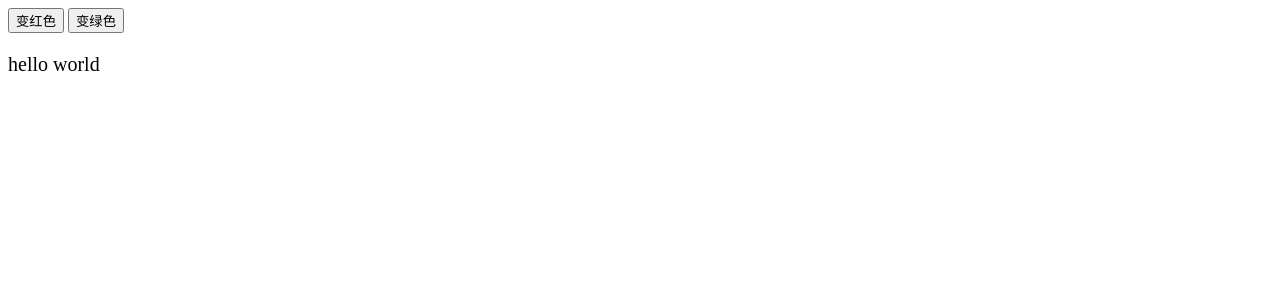
Repository: zhongmoumou/Codes
Page: 测试.html
These files come from the project's save history. The page is drawn as it stood at one moment and after a run of saves; the edit follows.
The browser window is 1280 px wide. The pictures show the whole page.

Above is the page before, as saved 2021-12-08 20:39:38.

After the next 2 saves:
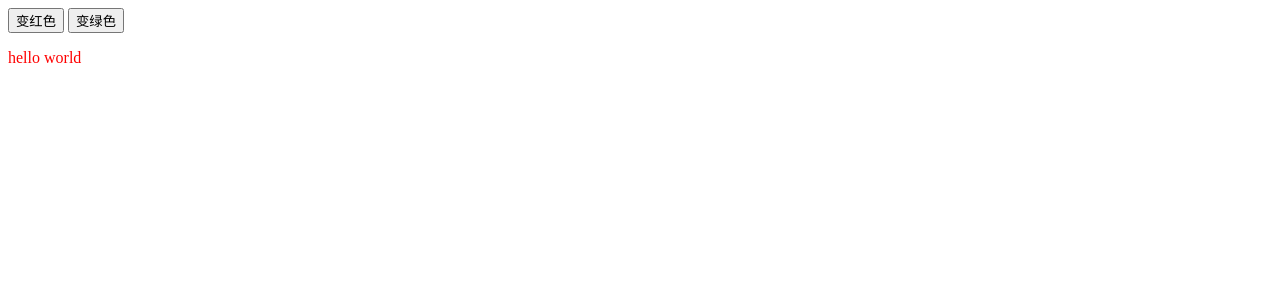
The 2 saves are shown as one change because they came seconds apart.
The last was saved 25 s later.
--- a/测试.html
+++ b/测试.html
@@ -10,7 +10,7 @@
 <body>
   <button id="one">变红色</button>
   <button id="two">变绿色</button>
-  <p style="font-size: 20px;">hello world</p>
+  <p style="color: red;">hello world</p>
 
   <script>
     // 1、获取事件源
